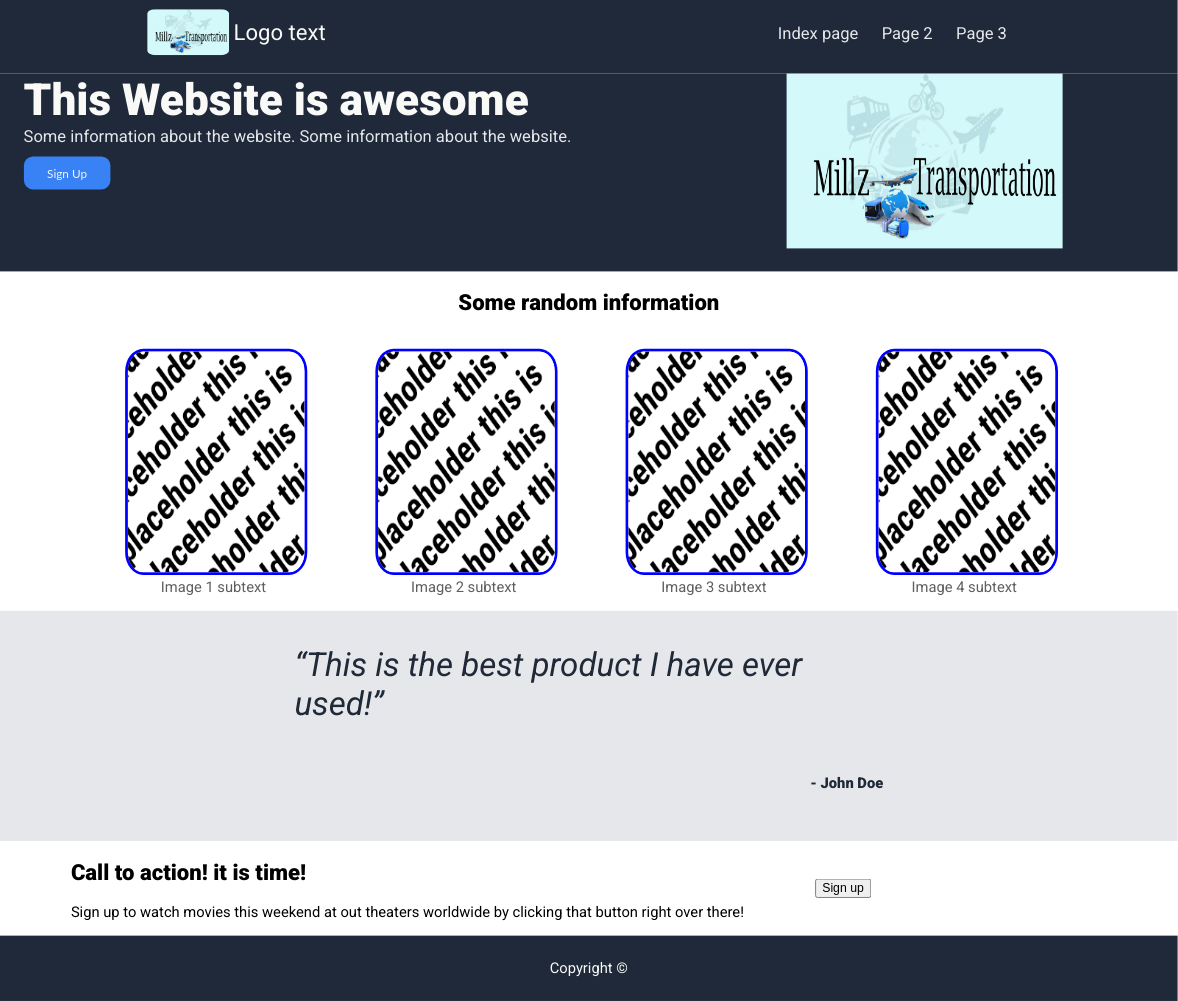
Repository: MikkyPrestige/css-assignment
Page: index.html
The author's editor kept a copy of each file at every save. The page is drawn from the files as they stood at one save, then again after the next save.
The browser window is 1280 px wide. The pictures show the whole page, at 92% of full size.

Above is the page before, as saved 2023-04-27 02:30:48.

After the next save:
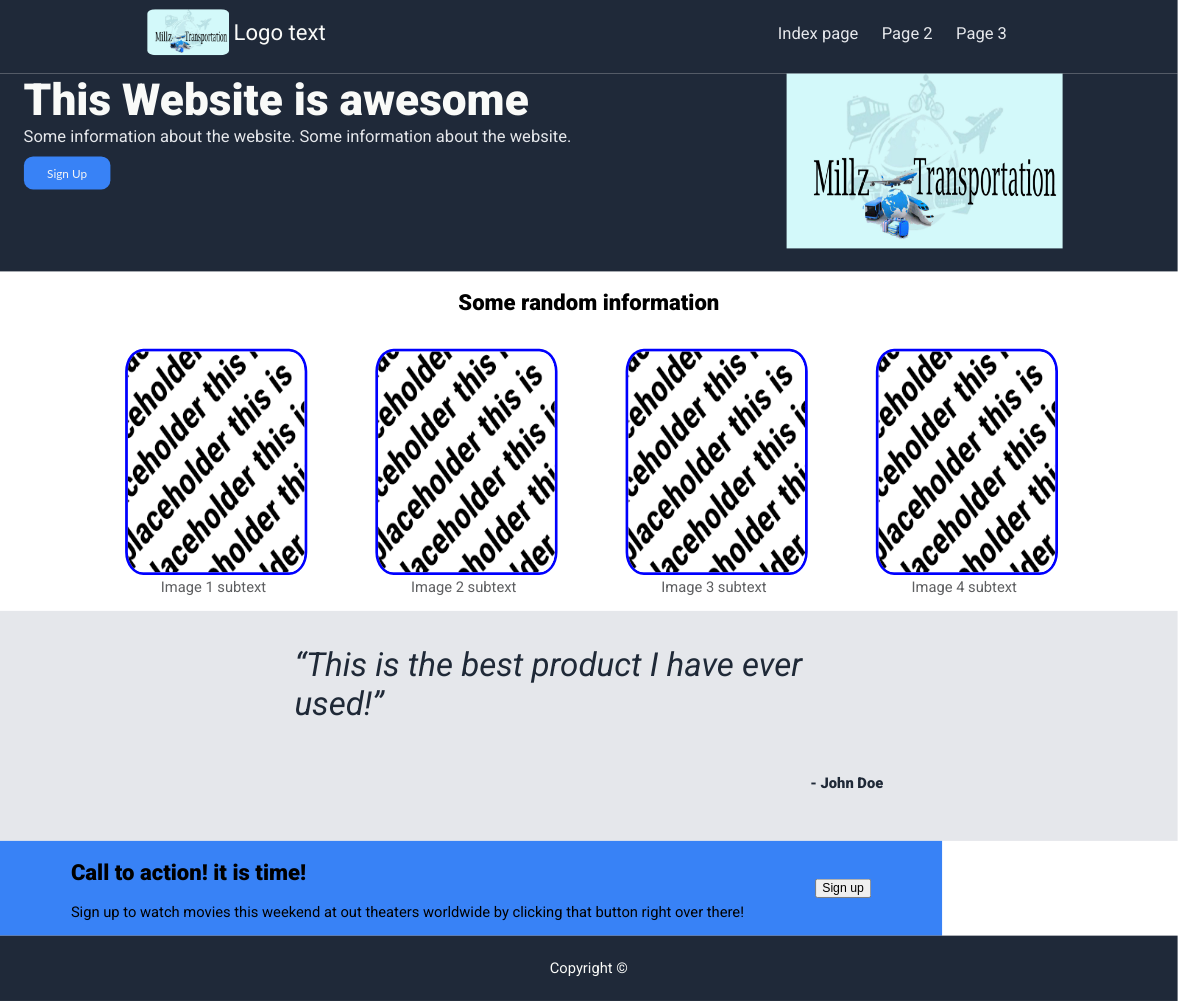
Saved 26 s later.
--- a/styles/index.css
+++ b/styles/index.css
@@ -236,6 +236,7 @@
 		justify-content: space-evenly;
 		align-items: center;
 		width: 80%;
+		background-color: #3882F6;
 }
 
 @keyframes slider {
